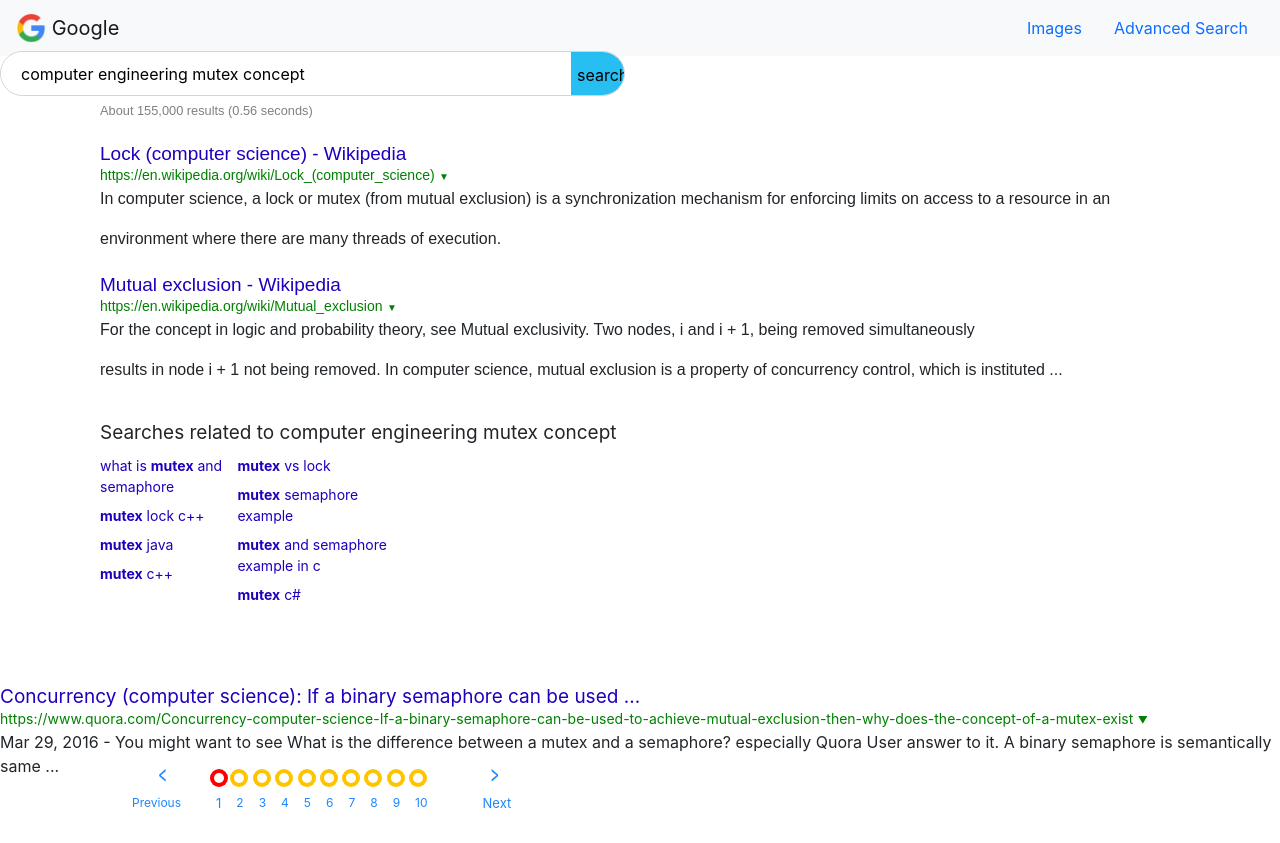
Repository: hego-team/hego-frontend
Page: /search
The author's editor kept a copy of each file at every save. The page is drawn from the files as they stood at one save, then again after the next save.
The browser window is 1280 px wide. The pictures show the whole page.
The project was rebuilt for these pictures with package versions that can differ from the ones it lists, and the page was loaded fresh each time.

Above is the page before, as saved 2022-05-15 02:33:11.

### index.html
<!DOCTYPE html>
<html>
  <head>
    <meta charset="utf-8">
    <link rel ="shortcut icon" type="image/x-icon" href="static/google_icon.ico">
    <title>hego-frontend</title>
  </head>
  <body>
    <div id="app"></div>
    <!-- built files will be auto injected -->
  </body>
</html>

### src/main.js
// The Vue build version to load with the `import` command
// (runtime-only or standalone) has been set in webpack.base.conf with an alias.
import Vue from 'vue'
import App from './App'
import router from './router'
import axios from 'axios'
axios.defaults.baseURL = 'http://localhost:8443/api'

Vue.prototype.$axios = axios
Vue.config.productionTip = false

/* eslint-disable no-new */
new Vue({
  el: '#app',
  router,
  components: { App },
  template: '<App/>'
})

### src/router/index.js
import Vue from 'vue'
import Router from 'vue-router'
import SearchEngine from '@/components/SearchEngine'
import SearchResult from '@/components/SearchResult'

Vue.use(Router)

export default new Router({
  mode: "history",
  routes: [
    {
      path: '/home',
      name: 'searchEngine',
      component: SearchEngine
    },
    {
      path: '/search',
      name: 'SearchResult',
      component: SearchResult
    }
  ]
})

### src/components/SearchEngine.vue
<template>

  <div id="searchEngine">
    <NavMenu></NavMenu>
    <div class="search">
      <a href="#" >
          <img class="center" src="../assets/img/googlelogo_color.png" alt="Google-Logo" id="big-logo">
      </a>

      <div class="form-group" style="margin-top: 15px;">
        <input type="text center" class="form-control col-6" id="q" name="q" placeholder="Search" v-model="query">
      </div>
      <div class="form-group center padding">
          <button type="submit" class="btn btn-primary" id="google-button" v-on:click="submit">Google Search</button>
      </div>
    </div>
  </div>
</template>

<script>
import NavMenu from "./NavMenu.vue"
export default {
    name: "SearchEngine",
    components: { NavMenu },
    data() {
        return {
            query: "",
            resp: []
        };
    },
    methods: {
        submit() {
          this.$router.replace({ path: '/search' });
            /**
            var _this = this;
            var query = this.query;
            var url = "search/" + query;
            this.$axios.get(url).then(resp => {
                if (successResponse.data.code == 200) {
                    this.$router.replace({ path: url });
                }
            });
            */
        }
    }
}
</script>

<!-- Add "scoped" attribute to limit CSS to this component only -->
<style scoped>
@import "../styles/search.css";
@import "https://cdn.jsdelivr.net/npm/bootstrap@5.1.3/dist/css/bootstrap.min.css";
@import "https://stackpath.bootstrapcdn.com/bootstrap/4.5.0/css/bootstrap.min.css";
</style>

### src/components/SearchResult.vue
<template>
  <div id="SearchResult">
    <NavMenu></NavMenu>

    <div id="searchbar" type="text">
      <input id="searchbartext" type="text" value="computer engineering mutex concept" />
      <button id="searchbarbutton">search</button>


    </div>

    <div id="searchresultsarea">
        <p id="searchresultsnumber">About 155,000 results (0.56 seconds) </p>
        <div class="searchresult">
            <h2>Lock (computer science) - Wikipedia</h2>
            <a>https://en.wikipedia.org/wiki/Lock_(computer_science)</a> <button>▼</button>
            <p>In computer science, a lock or mutex (from mutual exclusion) is a synchronization mechanism for enforcing limits on access to a resource in an</p>
            <p> environment where there are many threads of execution.</p>
        </div>

        <div class="searchresult">
            <h2>Mutual exclusion - Wikipedia</h2>
            <a>https://en.wikipedia.org/wiki/Mutual_exclusion</a> <button>▼</button>
            <p>For the concept in logic and probability theory, see Mutual exclusivity. Two nodes, i and i + 1, being removed simultaneously</p>
            <p>results in node i + 1 not being removed. In computer science, mutual exclusion is a property of concurrency control, which is instituted ...</p>
        </div>
    </div>

    <div class="relatedsearches">
      <h3>Searches related to computer engineering mutex concept</h3>
      <div class="relatedlists">
          <ul class="relatedleft">
              <li>what is <b>mutex</b> and semaphore</li>
              <li><b>mutex</b> lock c++</li>
              <li><b>mutex</b> java</li>
              <li><b>mutex</b> c++</li>
          </ul>
          <ul class="relatedright">
              <li><b>mutex</b> vs lock</li>
              <li><b>mutex</b> semaphore example</li>
              <li><b>mutex</b> and semaphore example in c</li>
              <li><b>mutex</b> c#</li>
          </ul>
      </div>
              <div class="searchresult">
            <h2>Concurrency (computer science): If a binary semaphore can be used ...</h2>
            <a>https://www.quora.com/Concurrency-computer-science-If-a-binary-semaphore-can-be-used-to-achieve-mutual-exclusion-then-why-does-the-concept-of-a-mutex-exist</a> <button>▼</button>
            <p>Mar 29, 2016 - You might want to see What is the difference between a mutex and a semaphore? especially Quora User answer to it. A binary semaphore is semantically same ...</p>
        </div>

    </div>

    <div class="pagebar">
      <ul class="pagelist">
          <li class="pagelistprevious">Previous</li>
          <li class="pagelistfirst">1</li>
          <li class="pagelistnumber">2</li>
          <li class="pagelistnumber">3</li>
          <li class="pagelistnumber">4</li>
          <li class="pagelistnumber">5</li>
          <li class="pagelistnumber">6</li>
          <li class="pagelistnumber">7</li>
          <li class="pagelistnumber">8</li>
          <li class="pagelistnumber">9</li>
          <li class="pagelistnumber">10</li>
          <li class="pagelistnext">Next</li>
      </ul>
    </div>



  </div>
</template>

<script>
import NavMenu from "./NavMenu.vue"
export default {
  name: "SearchResult",
  components: {NavMenu}

}
</script>

<style scoped>
@import "../styles/result.css"
</style>

### src/styles/search.css
.search {
  display: block;
  margin: auto;
  margin-top: 10%; }

.as_search {
  margin: auto;
  padding: auto; }

.title {
  color: #d93025;
  font-size: 20px;
  margin-top: 20px;
  margin-left: 20px; }

.overlap {
  position: relative; }

.logo-subtext {
  color: #4285f4;
  font: 16px/16px roboto-regular, arial, sans-serif;
  white-space: nowrap;
  position: absolute;
  margin-left: 60%; }

.center {
  display: block;
  margin-left: auto;
  margin-right: auto;
  width: 50%; }

.padding {
  padding-left: 35px; }

#big-logo {
  width: 300px; }

#google-button {
  background-color: #f2f2f2;
  color: rgba(0, 0, 0, 0.473);
  border: none;
  position: center; }


#q {
  border-radius: 50px;
  margin: auto;
  padding-left: 20px; }

### src/components/NavMenu.vue
<template>
    <div id="searchEngine">
        <nav class="navbar navbar-light bg-light">
            <a class="navbar-brand" href="search.html">
                <img src="../assets/img/google-logo.png" width="30" height="30" class="d-inline-block align-top" alt="" loading="lazy">
                Google
            </a>
            <ul class="nav justify-content-end">
                <li class="nav-item">
                <a class="nav-link" href="images_search.html">Images</a>
                </li>
                <li class="nav-item">
                <a class="nav-link" href="adv_search.html">Advanced Search</a>
                </li>
            </ul>
        </nav>
    </div>
</template>

<script>
  export default {
    name: 'NavMenu'
  }
</script>

<style scoped>
@import "../styles/search.css";
@import "https://cdn.jsdelivr.net/npm/bootstrap@5.1.3/dist/css/bootstrap.min.css";
@import "https://stackpath.bootstrapcdn.com/bootstrap/4.5.0/css/bootstrap.min.css";
</style>

### src/styles/result.css
#searchbarbutton {
  height: 45px;
  width: 55px;
  position: relative;
  margin-right: -2px;
  background-color: rgba(6, 181, 239, 0.868);
}

#searchbarbutton svg {
  height: 25px;
  width: 35px;
  position: relative;
  left: -3px;
}

#searchbarbutton svg path {
  fill: #4285f4;
}

#searchbar {
  width: 625px;
  height: 45px;
  border-radius: 100px;
  border-color: lightgray;
  border-style: solid;
  border-width: 1px;
  font-size: 16px;
  position: relative;
  bottom: 5px;
  overflow: hidden;
  display: flex;
  z-index: 100;
}

#searchbar:hover {
  box-shadow: 0px 2px 5px rgba(0, 0, 0, 0.1);
}

#searchbar > input {
  height: 45px;
  border-style: none;
  font-size: 16px;
  line-height: 45px;
  padding-left: 20px;
  flex: 1;
}

#searchbar > input:focus {
  outline: none;
}

#searchbar button {
  border: none;
  cursor: pointer;
}

#searchbar button:focus {
  outline: none;
}

#searchresultsarea {
  margin-left: 100px;
  font-family: "Arial";
}

#searchresultsnumber {
  font-size: 0.8rem;
  color: gray;
}

.searchresult h2 {
  font-size: 19px;
  line-height: 18px;
  font-weight: normal;
  color: rgb(29, 1, 189);
  margin-bottom: 0px;
  margin-top: 25px;
}

.searchresult a {
  font-size: 14px;
  line-height: 14px;
  color: green;
  margin-bottom: 0px;
}

.searchresult button {
  font-size: 10px;
  line-height: 14px;
  color: green;
  margin-bottom: 0px;
  padding: 0px;
  border-width: 0px;
  background-color: white;
}

.relatedsearches h3 {
  font-weight: normal;
  font-size: 19px;
  margin-top: 40px;
  margin-bottom: 10px;
  margin-left: 100px;
}

.relatedlists ul {
  list-style: none;
  color: rgb(29, 1, 189);
  padding-left: 0px;
  font-size: 14px;
  margin-bottom: 50px;

}

.relatedlists {
  display: flex;
  flex-direction: row;
  justify-content: space-between;
  width: 300px;
  margin-left: 100px;
}

.relatedlists ul li {
  margin-bottom: 8px;
}

.pagelist {
  list-style: none;
  color: rgb(29, 135, 255);
  display: flex;
  flex-direction: row;
  font-size: 12px;
  margin-bottom: 30px;
  margin-left: 100px;
}

.pagelistprevious::before {
  content: "<";
  display: block;
  position: absolute;
  right: 12px;
  top: -35px;
  color: rgb(29, 135, 255);
  font-size: 20px;
  transform: scale(0.7, 1.2);
}

.pagelistprevious::after {
  content: "";
  display: block;
  position: absolute;
  right: -40px;
  top: -35px;
  width: 40px;
  height: 40px;
  background-repeat: no-repeat;
  background-size: 28px;
}

.pagelistfirst {
  margin-left: 20px;
  font-size: 13px;
}

.pagelistnumber::before,
.pagelistfirst::before {
  content: "";
  display: block;
  position: absolute;
  left: -2px;
  top: -21px;
  border-radius: 50px;
  width: 10px;
  height: 10px;
  background-color: white;
  z-index: 3;
}

.pagelistnumber::after {
  content: "";
  display: block;
  position: absolute;
  left: -6px;
  top: -25px;
  border-radius: 50px;
  width: 18px;
  height: 18px;
  background-color: rgb(255, 196, 0);
  z-index: 2;
}

.pagelistfirst::after {
  content: "";
  display: block;
  position: absolute;
  left: -6px;
  top: -25px;
  border-radius: 50px;
  width: 18px;
  height: 18px;
  background-color: red;
  z-index: 2;
}

.pagelist li {
  margin-right: 15px;
  position: relative;
}

.pagelistnext {
  margin-left: 40px;
  font-size: 13px;
}

.pagelistnext::before {
  content: ">";
  display: block;
  position: absolute;
  left: 5px;
  top: -35px;
  color: rgb(29, 135, 255);
  font-size: 20px;
  transform: scale(0.7, 1.2);
}

.pagelistnext::after {
  content: "";
  display: block;
  position: absolute;
  left: -55px;
  top: -37px;
  width: 50px;
  height: 50px;
  background-repeat: no-repeat;
  background-size: 48px;
}

Loaded but not shown: src/App.vue (common file)

After the next save:
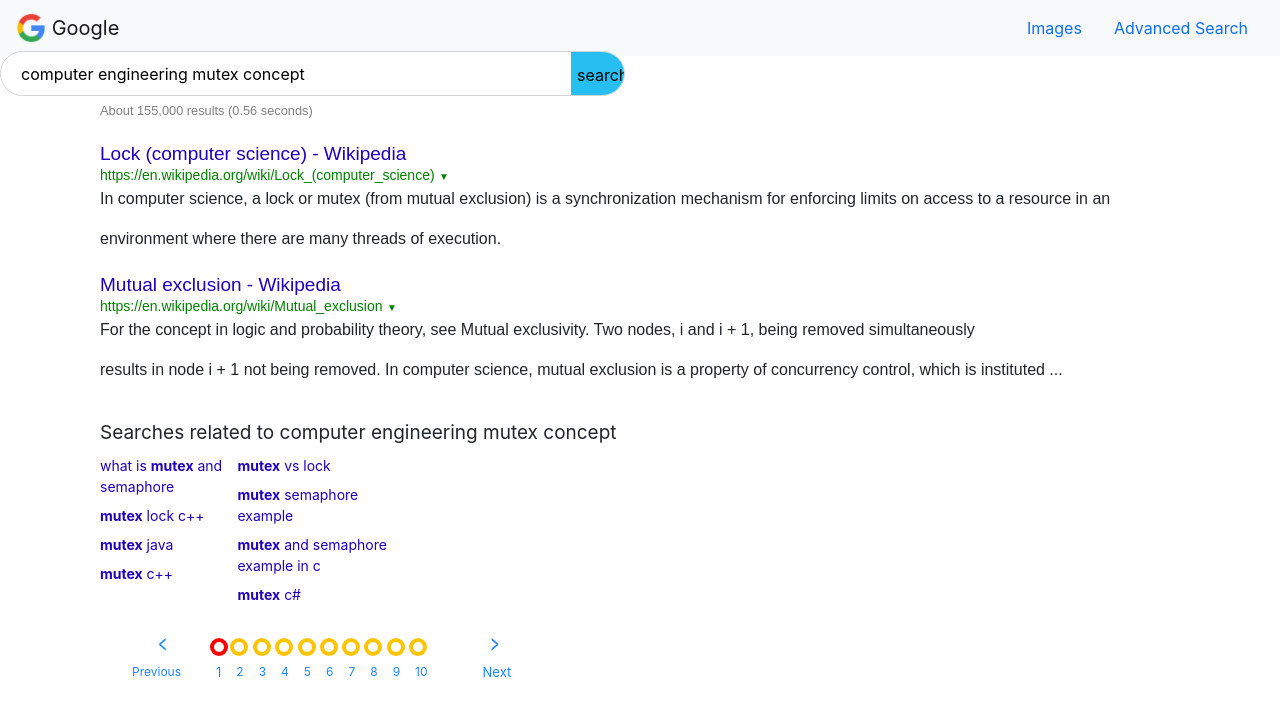
Saved 15 s later.
--- a/src/components/SearchResult.vue
+++ b/src/components/SearchResult.vue
@@ -42,11 +42,6 @@
               <li><b>mutex</b> c#</li>
           </ul>
       </div>
-              <div class="searchresult">
-            <h2>Concurrency (computer science): If a binary semaphore can be used ...</h2>
-            <a>https://www.quora.com/Concurrency-computer-science-If-a-binary-semaphore-can-be-used-to-achieve-mutual-exclusion-then-why-does-the-concept-of-a-mutex-exist</a> <button>▼</button>
-            <p>Mar 29, 2016 - You might want to see What is the difference between a mutex and a semaphore? especially Quora User answer to it. A binary semaphore is semantically same ...</p>
-        </div>
 
     </div>
 
